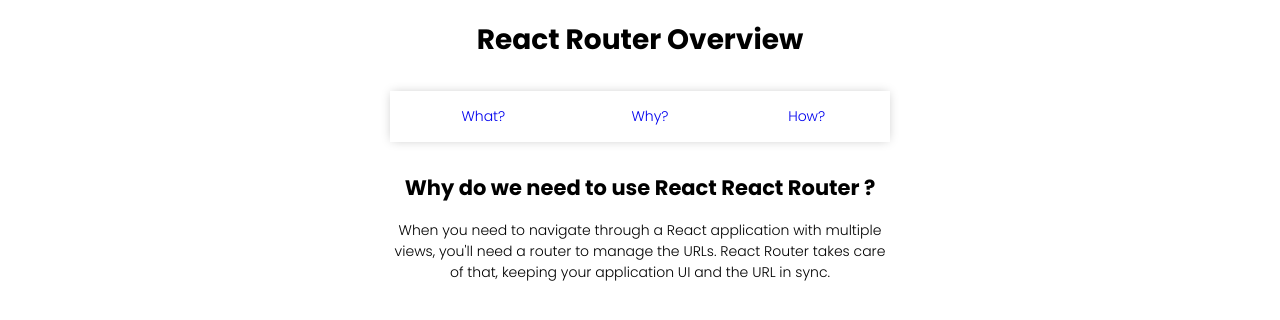
Repository: nguy3nds/2021-18-9-react
Page: /Why
The author's editor kept a copy of each file at every save. The page is drawn from the files as they stood at one save, then again after the next save.
The browser window is 1280 px wide. The pictures show the whole page.
The project was rebuilt for these pictures with package versions that can differ from the ones it lists, and the page was loaded fresh each time. Also part of the build but not shown: src/components/What.js, src/components/Why.js.

Above is the page before, as saved 2021-09-19 06:40:17.

### src/App.js
import React from "react";
import { BrowserRouter as Router, Switch, Route, Link } from "react-router-dom";
import "./App.css";
import What from "./components/What.js";
import How from "./components/Why";
import Why from "./components/How";

export default function App() {
  return (
    <Router>
      <div>
        <h1>React Router Overview</h1>
        <nav>
          <ul className="menu">
            <li class="menu-item has-child">
              <Link to="/What">What?</Link>
            </li>
            <li className="menu-item has-child">
              <Link to="/Why">Why?</Link>
            </li>
            <li className="menu-item has-child">
              <Link to="/How">How?</Link>
            </li>
          </ul>
        </nav>

        {/* A <Switch> looks through its children <Route>s and
            renders the first one that matches the current URL. */}
        <Switch>
          <Route path="/How">
            <How />
          </Route>
          <Route path="/Why">
            <Why />
          </Route>
          <Route path="/What">
            <What />
          </Route>
        </Switch>
      </div>
    </Router>
  );
}

### src/App.css
@import url("https://fonts.googleapis.com/css2?family=Poppins:wght@300;400;600;700&display=swap");
:root {
  --primary: #08aeea;
  --secondary: #13d2b8;
  --purple: #bd93f9;
  --pink: #ff6bcb;
  --blue: #8be9fd;
  --gray: #333;
  --font: "Poppins", sans-serif;
  --gradient: linear-gradient(40deg, #ff6ec4, #7873f5);
  --shadow: 0 0 15px 0 rgba(0, 0, 0, 0.05);
}
*,
*:before,
*:after {
  box-sizing: border-box;
}
html {
  font-size: 62.5%;
  text-align: center;
}

body {
  font-family: var(--font);
  font-size: 1.4rem;
  overflow-x: hidden;
  font-weight: 300;
  width: 500px;
  margin: 0 auto;
}

img {
  display: block;
  max-width: 100%;
}

a {
  text-decoration: none;
}

input,
button,
textarea,
select {
  font-family: var(--font);
  font-size: 1.4rem;
  font-weight: 300;
  outline: none;
  border: 0;
  margin: 0;
  padding: 0;
  border-radius: 0;
  -webkit-appearance: none;
}

button {
  cursor: pointer;
}

.menu {
  position: relative;
  max-width: 500px;
  margin: 30px auto;
  display: grid;
  grid-template-columns: 1fr 1fr 1fr;
  justify-content: center;
  background-color: white;
  padding: 1.5rem;
  box-shadow: 0 0 10px -2px rgba(0, 0, 0, 0.25);
}

.menu-link {
  font-size: 1.4rem;
  color: #918eae;
  display: block;
}
.menu-link:hover {
  color: #202842;
}

.menu-child-link {
  display: flex;
  align-items: center;
  justify-content: space-between;
  padding: 1.5rem;
  color: #918eae;
}
.menu-child-item {
  position: relative;
}
.menu-child-link:hover {
  color: #202842;
}

.menu-toggle {
  display: none;
}
.nav {
  position: relative;
}
.arrow-right {
  display: none;
}
@media screen and (min-width: 1024px) {
  .arrow-down {
    display: none;
  }
  .arrow-right {
    display: block;
  }
  .menu-item:not(:first-child) {
    margin-left: 2rem;
  }
  .menu-child {
    position: absolute;
    top: 100%;
    left: 0;
    margin-top: 1rem;
    min-width: 20rem;
    background-color: white;
    box-shadow: var(--shadow);
    display: none;
  }
  .menu-child:before {
    content: "";
    position: absolute;
    top: 0;
    left: 0;
    width: 100%;
    height: 1rem;
    background-color: transparent;
    transform: translateY(-100%);
  }
  .menu-child1 {
    top: 0;
    left: 100%;
    margin-top: 0;
  }
  .menu-item.has-child:hover > .menu-child {
    display: block;
  }
  .menu-child-item.has-child:hover > .menu-child {
    display: block;
  }
}

ul li {
  list-style: none;
}
@media screen and (max-width: 1023px) {
  .menu {
    position: absolute;
    right: 0;
    top: 100%;
    min-width: 20rem;
    background-color: white;
    box-shadow: var(--shadow);
    flex-direction: column;
    display: none;
    z-index: 100;
  }
  .menu.show,
  .menu-child.show {
    display: block;
  }
  .menu-item:not(:last-child) {
    border-bottom: 1px solid #eee;
  }
  .menu-link {
    padding: 1.5rem;
    display: flex;
    justify-content: space-between;
    align-items: center;
  }
  .menu-child {
    display: none;
    background-color: #f6f6f6;
  }
  .menu-child1 {
    background-color: #eee;
  }
  .menu-toggle {
    width: max-content;
    font-size: 2rem;
    display: block;
    margin-left: auto;
    cursor: pointer;
  }
}

### src/components/How.js
export default function How() {
  return (
    <div>
      <h2>Why do we need to use React React Router ?</h2>
      <p>
        When you need to navigate through a React application with multiple
        views, you'll need a router to manage the URLs. React Router takes care
        of that, keeping your application UI and the URL in sync.
      </p>
    </div>
  );
}

Loaded but not shown: public/index.html (common file); src/index.js (common file); src/index.css (common file); src/reportWebVitals.js (common file)

After the next save:
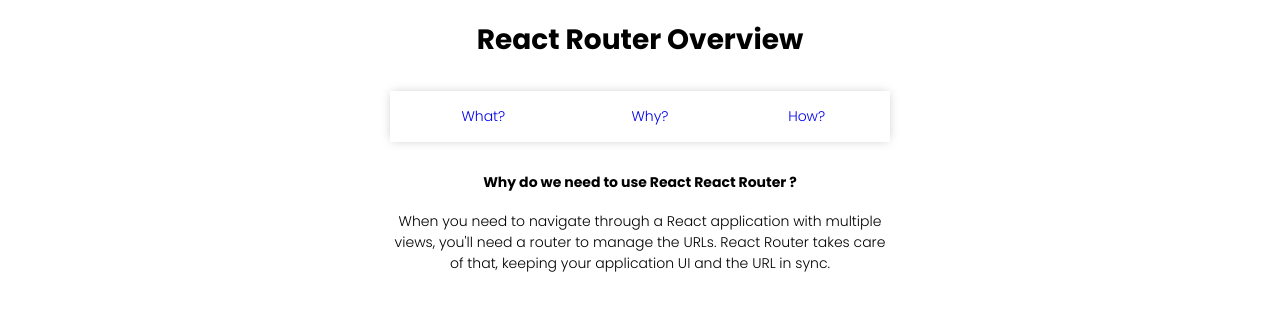
Saved 3 s later.
--- a/src/components/How.js
+++ b/src/components/How.js
@@ -1,7 +1,7 @@
 export default function How() {
   return (
     <div>
-      <h2>Why do we need to use React React Router ?</h2>
+      <h4>Why do we need to use React React Router ?</h4>
       <p>
         When you need to navigate through a React application with multiple
         views, you'll need a router to manage the URLs. React Router takes care
